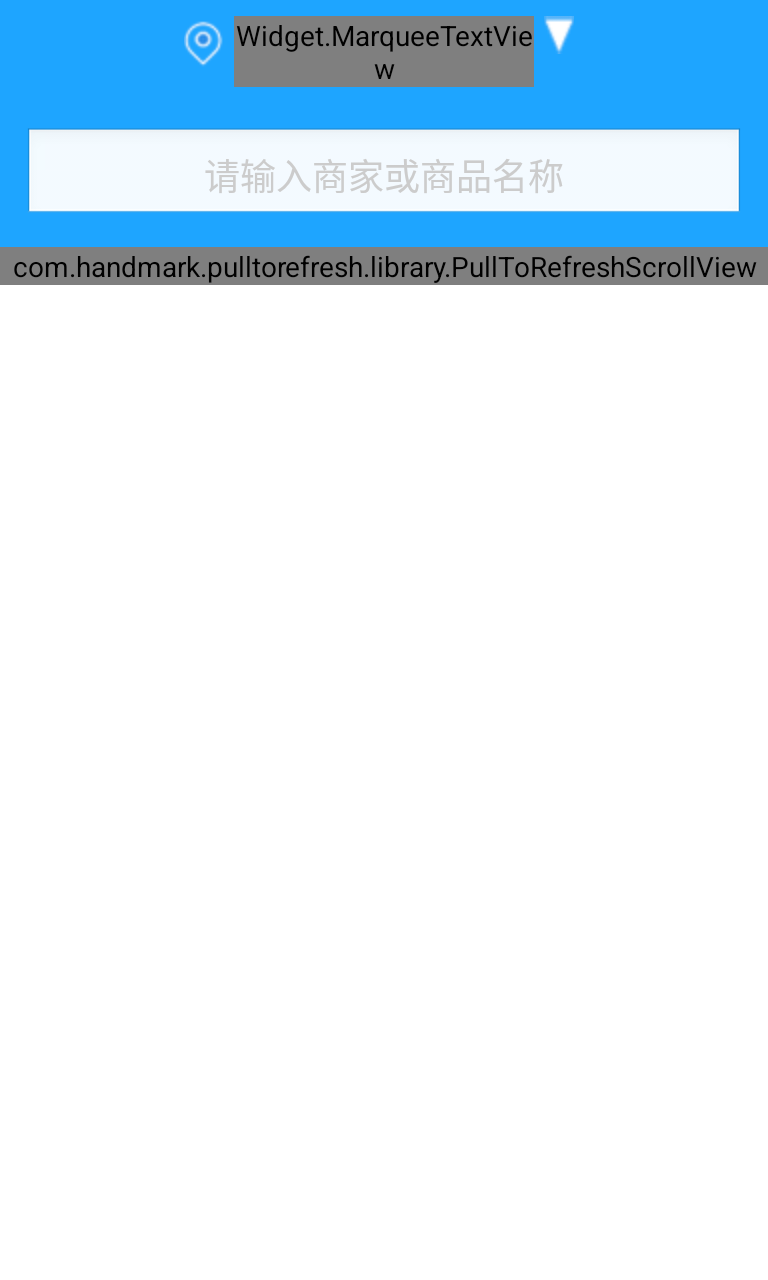
Repository: shi1hh/v
Layout: HungryTest/res/layout/fragment_waimai.xml
The author's editor kept a copy of each file at every save. The layout is drawn from the files as they stood at one save, then again after the next save.
Pictures or frames that could not be fetched are drawn as grey boxes. It is drawn on a 768 x 1280 px phone screen (xhdpi) without system bars, with theme android:Theme.Light.NoTitleBar; the app's code is not run.

Above is the layout before, as saved 2015-10-24 11:06:18.

After the next save:
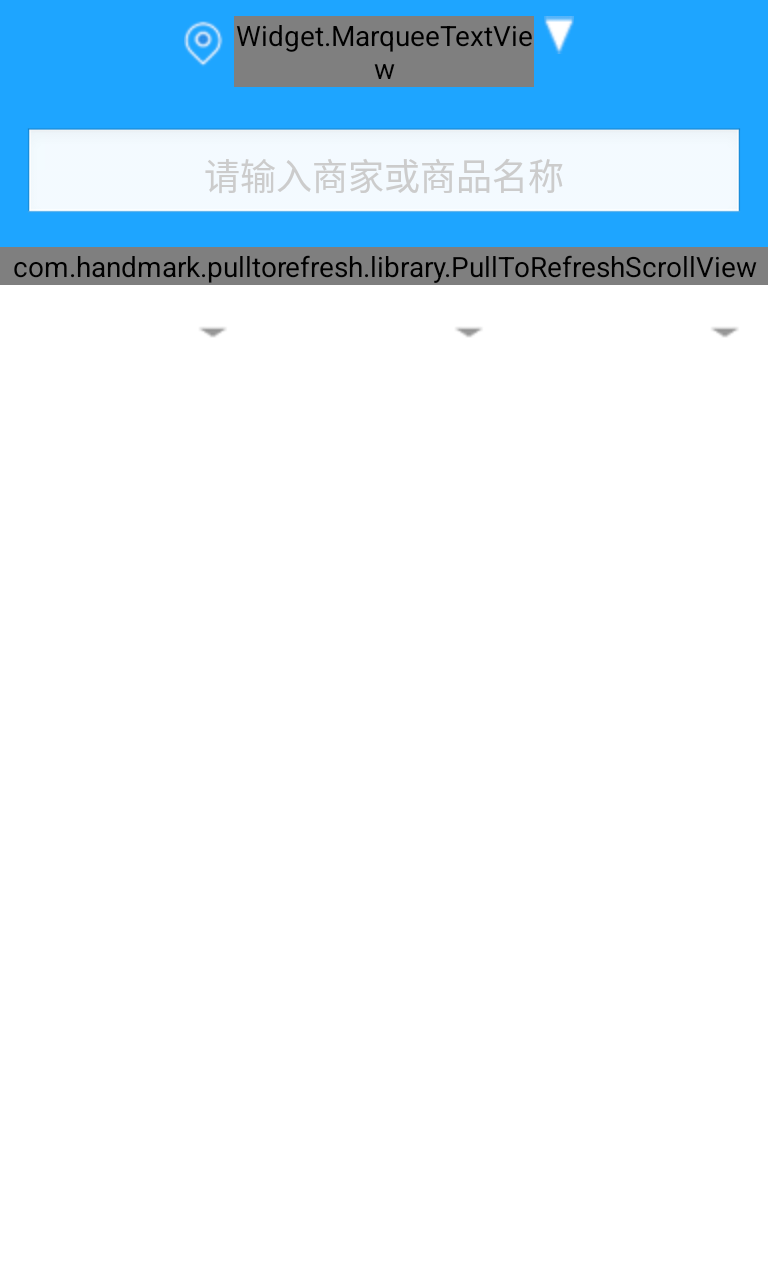
Saved 78 s later.
--- a/HungryTest/res/layout/fragment_waimai.xml
+++ b/HungryTest/res/layout/fragment_waimai.xml
@@ -239,7 +239,7 @@
                 android:id="@+id/flow_llay"
     android:layout_width="match_parent"
     android:layout_height="wrap_content"
-android:visibility="gone"
+
     android:orientation="horizontal" >
 
     <Spinner
